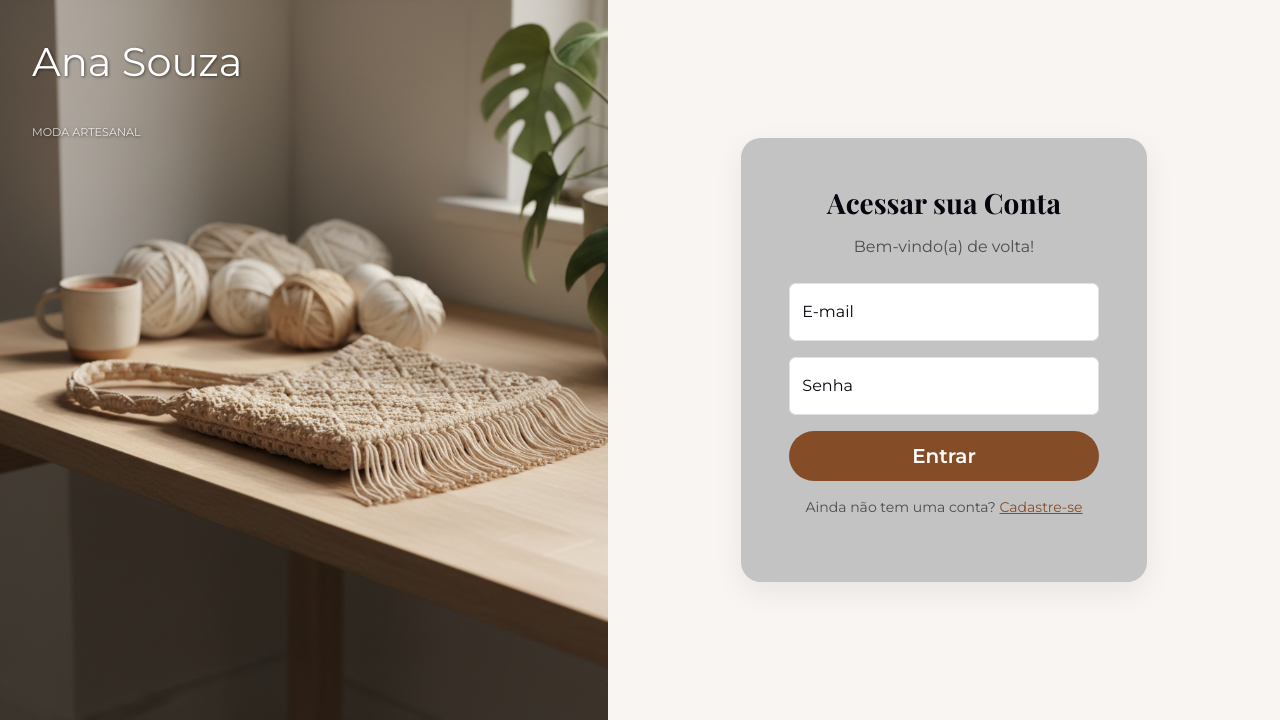
Repository: Lucascsg/projeto-anasouza-frontend
Page: login.html
The author's editor kept a copy of each file at every save. The page is drawn from the files as they stood at one save, then again after the next save.
The browser window is 1280 px wide. The pictures show the whole page.

Above is the page before, as saved 2025-10-21 23:09:42.

After the next save:
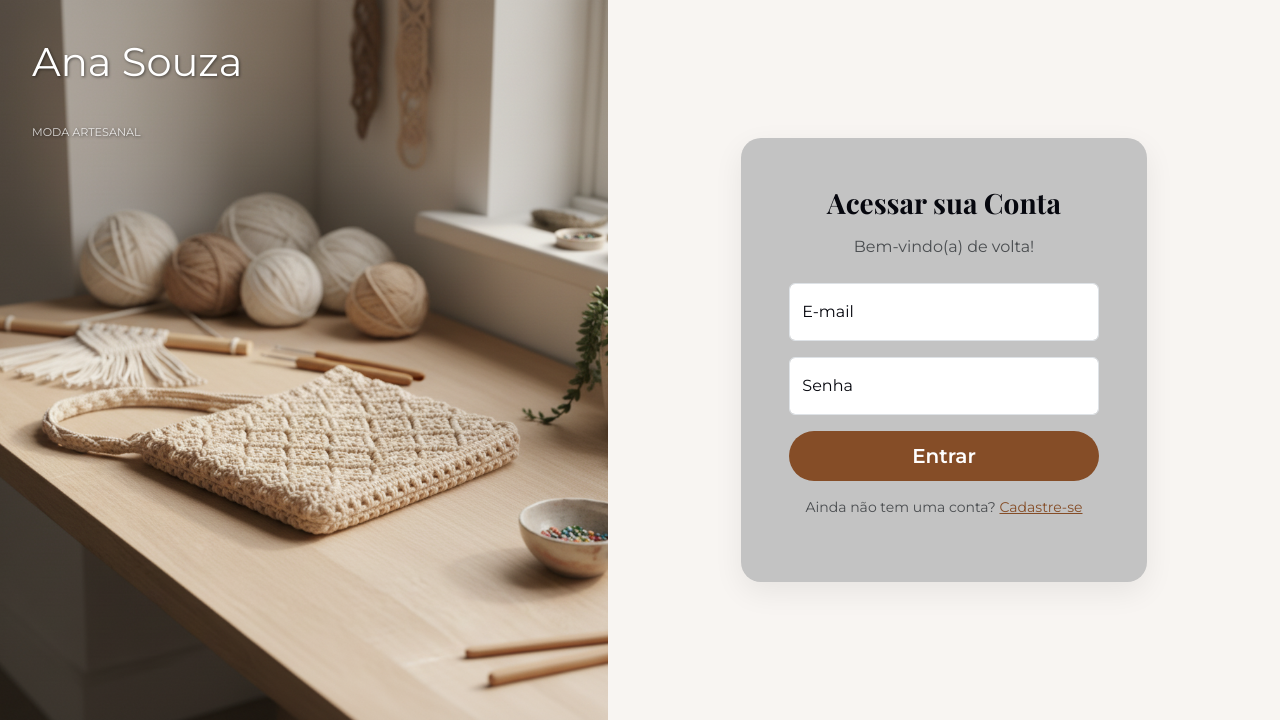
Saved 2 min 39 s later.
--- a/login.html
+++ b/login.html
@@ -15,7 +15,7 @@
         body, html { height: 100%; margin: 0; overflow: hidden; /* Evita scroll desnecessário */ }
         .split-container { display: flex; min-height: 100vh; }
         .split-image {
-            background: url('imagens/backlog3.png') no-repeat center center/cover; /* SUA NOVA IMAGEM AQUI */
+            background: url('imagens/backlog4.png') no-repeat center center/cover; /* SUA NOVA IMAGEM AQUI */
             flex: 1;
             position: relative; /* Para posicionar o logo sobre a imagem */
         }
